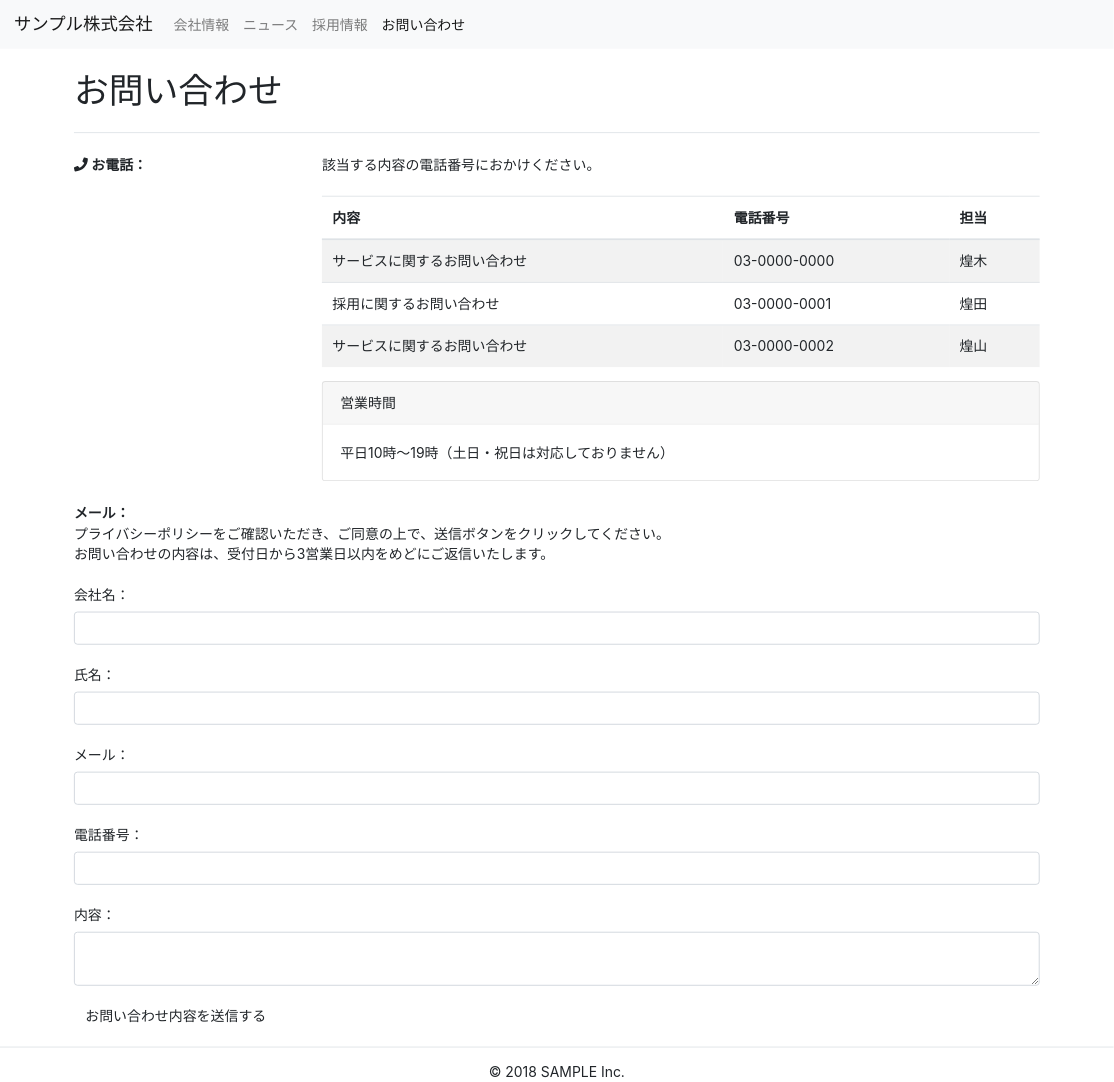
Repository: yoony212/frontend
Page: contact.html
The author's editor kept a record of every edit. The page is drawn from the files as they stood at one moment, then again after the next edit.
The browser window is 1280 px wide. The pictures show the whole page, at 87% of full size.

Above is the page before.

### contact.html
<!DOCTYPE html>
<html lang="ja">

<head>
    <meta charset="utf-8">
    <meta name="viewport" content="width=device-width, initial-scale=1, shrink-to-fit=no">

    <link rel="stylesheet" href="https://stackpath.bootstrapcdn.com/bootstrap/4.3.1/css/bootstrap.min.css">

    <title>お問い合わせ | サンプル株式会社</title>
</head>

<body>
    <header>
        <!-- 576px以上の画面幅のとき、メニューを表示する（それ未満なら折りたたむ）指定を追加 -->
        <nav class="navbar navbar-light navbar-expand-sm bg-light d-sm-flex">
        <!--画面左上に表示するサイト名のリンクとして適切な表示をするための指定を追加 -->
            <a href="#" class="navbar-brand">サンプル株式会社</a>

            <button type="button" class="navbar-toggler" data-toggle="collapse" data-target="#nav-bar">
                <span class="navbar-toggler-icon"></span>
            </button>

            <div class="collapse navbar-collapse " id="nav-bar">
                <ul class="navbar-nav">
                    <li class="nav-item"><a href="#" class="nav-link">会社情報</a></li>
                    <li class="nav-item"><a href="#" class="nav-link">ニュース</a></li>
                    <li class="nav-item"><a href="#" class="nav-link">採用情報</a></li>
                    <!-- お問い合わせページを表示していることをわかりやすくする設定を追加 -->
                    <li class="nav-item"><a href="#" class="nav-link active">お問い合わせ</a></li>
                </ul>
            </div>
        </nav>
    </header>
    <div class="container">
        <h1 class="mt-4 pb-4 border-bottom">お問い合わせ</h1>

        <!-- グリッドを使うための指定を追加 -->
        <div class="mt-4 row">
            <!-- 576px以上の画面幅のとき、左側は3つ分のカラム幅で表示する指定を追加 -->
            <div class="col-sm-3">
                <!-- 電話に関するFont Awesomeのアイコンを追加 -->
                <i class="fas fa-phone mr-1"></i><strong>お電話：</strong>
            </div>

            <!-- 576px以上の画面幅のとき、右側は9つ分のカラム幅で表示する指定を追加 -->
            <div class="col-sm-9">
                <p>該当する内容の電話番号におかけください。</p>
                <!-- テーブルの装飾を適用する指定を追加 -->
                <!-- さらにテーブルへ枠を追加する指定、行ごとの背景色が交互に変わる指定を追加 -->
                <table class="mt-4 table table-striped">
                    <thead>
                        <tr>
                            <th>内容</th>
                            <th>電話番号</th>
                            <th>担当</th>
                        </tr>
                    </thead>
                    <tbody>
                        <tr>
                            <td>サービスに関するお問い合わせ</td>
                            <td>03-0000-0000</td>
                            <td>煌木</td>
                        </tr>
                        <tr>
                            <td>採用に関するお問い合わせ</td>
                            <td>03-0000-0001</td>
                            <td>煌田</td>
                        </tr>
                        <tr>
                            <td>サービスに関するお問い合わせ</td>
                            <td>03-0000-0002</td>
                            <td>煌山</td>
                        </tr>
                    </tbody>
                </table>

                <!-- カードの装飾を適用 -->
                <div class="card">
                    <!-- カードのタイトル部分として設定 -->
                    <div class="card-header">
                        <!-- 時間に関するFont Awesomeのアイコンを追加 -->
                        <i class="fa-solid fa-circle-info"></i>営業時間
                    </div>

                    <!-- カードの本文部分として設定 -->
                    <div class="card-body">
                        平日10時〜19時（土日・祝日は対応しておりません）
                    </div>
                </div>
            </div>
        </div>

        <!-- グリッドを使うための指定を追加 -->
        <div class="mt-4">
            <!-- 576px以上の画面幅のとき、左側は3つ分のカラム幅で表示する指定を追加 -->
            <div class="">
                <!-- メールに関するFont Awesomeのアイコンを追加 -->
                <i class=""></i> <strong>メール：</strong>
            </div>

            <!-- 576px以上の画面幅のとき、右側は9つ分のカラム幅で表示する指定を追加 -->
            <div class="">
                <p>
                    プライバシーポリシーをご確認いただき、ご同意の上で、送信ボタンをクリックしてください。<br />
                    お問い合わせの内容は、受付日から3営業日以内をめどにご返信いたします。
                </p>
                <form action="complete.html">
                    <!-- ラベルとフォーム部品を並べるためにグリッドを使う指定を追加 -->
                    <div class="form-group">
                        <!-- 576px以上の画面幅のとき、ラベルは3つ分のカラム幅で表示する指定を追加 -->
                        <label class="col-form-label">会社名：</label>

                        <!-- 576px以上の画面幅のとき、フォーム部品は9つ分のカラム幅で表示する指定を追加 -->
                        <div class="">
                            <input type="text" class="form-control" name="company">
                        </div>
                    </div>

                    <!-- ラベルとフォーム部品を並べるためにグリッドを使う指定を追加 -->
                    <div class="form-group">
                        <!-- 576px以上の画面幅のとき、ラベルは3つ分のカラム幅で表示する指定を追加 -->
                        <label class="col-form-label">氏名：</label>

                        <!-- 576px以上の画面幅のとき、フォーム部品は9つ分のカラム幅で表示する指定を追加 -->
                        <div class="">
                            <input type="text" class="form-control" name="name">
                        </div>
                    </div>

                    <!-- ラベルとフォーム部品を並べるためにグリッドを使う指定を追加 -->
                    <div class="form-group">
                        <!-- 576px以上の画面幅のとき、ラベルは3つ分のカラム幅で表示する指定を追加 -->
                        <label class="col-form-label">メール：</label>

                        <!-- 576px以上の画面幅のとき、フォーム部品は9つ分のカラム幅で表示する指定を追加 -->
                        <div class="">
                            <input type="text" class="form-control" name="mail">
                        </div>
                    </div>

                    <!-- ラベルとフォーム部品を並べるためにグリッドを使う指定を追加 -->
                    <div class="form-group">
                        <!-- 576px以上の画面幅のとき、ラベルは3つ分のカラム幅で表示する指定を追加 -->
                        <label class="col-form-label">電話番号：</label>

                        <!-- 576px以上の画面幅のとき、フォーム部品は9つ分のカラム幅で表示する指定を追加 -->
                        <div class="">
                            <input type="text" class="form-control" name="tel">
                        </div>
                    </div>

                    <!-- ラベルとフォーム部品を並べるためにグリッドを使う指定を追加 -->
                    <div class="form-group">
                        <!-- 576px以上の画面幅のとき、ラベルは3つ分のカラム幅で表示する指定を追加 -->
                        <label class="col-form-label">内容：</label>

                        <!-- 576px以上の画面幅のとき、フォーム部品は9つ分のカラム幅で表示する指定を追加 -->
                        <div class="">
                            <textarea class="form-control" name="content"></textarea>
                        </div>
                    </div>

                    <!-- ラベルとフォーム部品を並べるためにグリッドを使う指定を追加 -->
                    <div class="form-group">
                        <!-- 576px以上の画面幅のとき、3つ分のカラム幅の隙間を表示する設定を追加 -->
                        <!-- さらに、576px以上の画面幅のとき、9つ分のカラム幅で送信ボタンの表示部分の設定を追加 -->
                        <div class="">
                            <!-- 送信ボタンを緑色にする設定を追加 -->
                            <!-- さらに、送信ボタンは、指定のカラム幅に対して100％の幅となる設定を追加 -->
                            <button type="submit" class="btn">お問い合わせ内容を送信する</button>
                        </div>
                    </div>
                </form>
            </div>
        </div>
    </div>
    <footer class="text-center pt-3 border-top">
        &copy; 2018 SAMPLE Inc.
    </footer>

    <script src="https://code.jquery.com/jquery-3.3.1.min.js"></script>
    <script src="https://cdnjs.cloudflare.com/ajax/libs/popper.js/1.14.6/umd/popper.min.js"></script>
    <script src="https://stackpath.bootstrapcdn.com/bootstrap/4.3.1/js/bootstrap.min.js"></script>
    <script defer src="https://use.fontawesome.com/releases/v5.7.2/js/all.js"></script>
</body>

</html>

After the next edit:
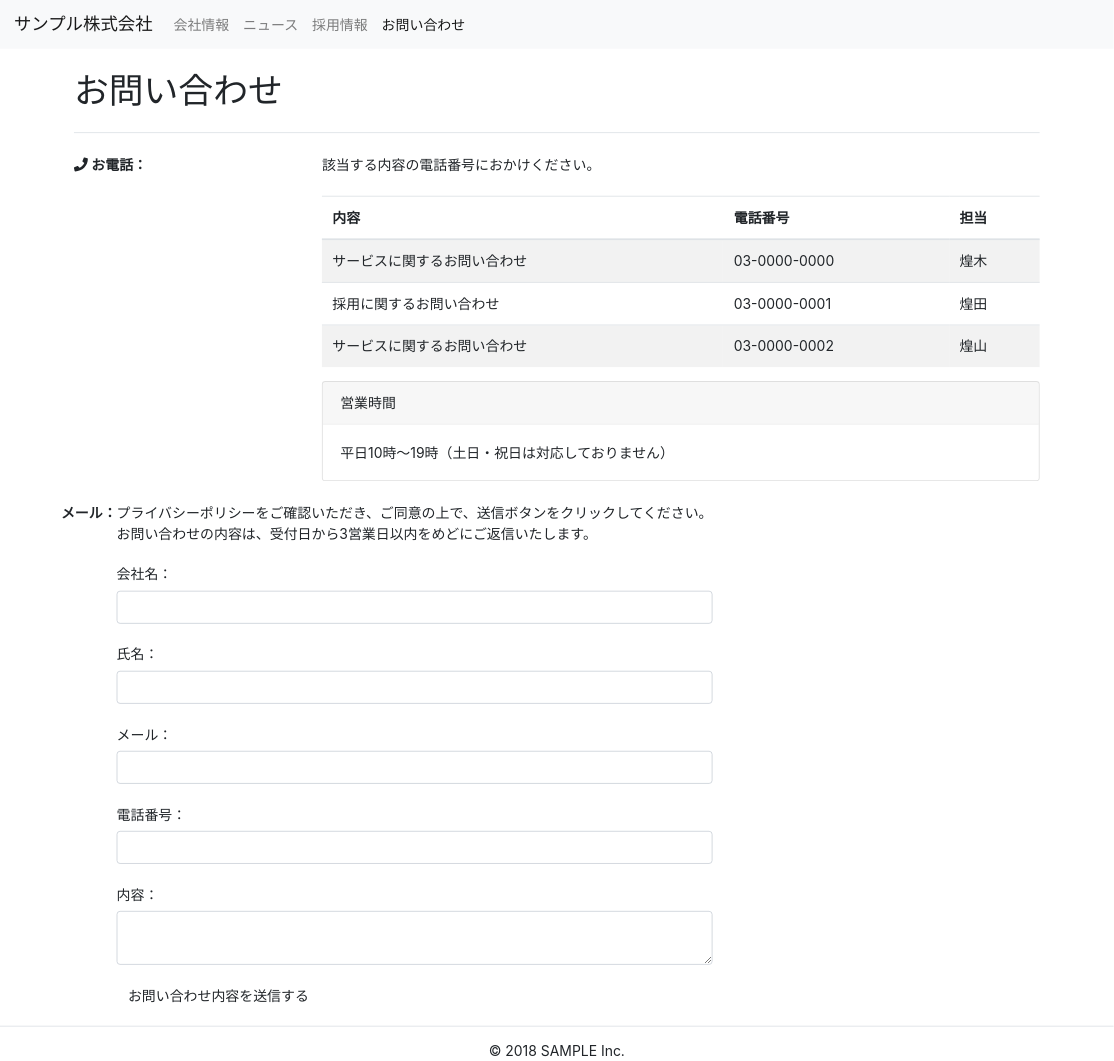
The edit:
--- a/contact.html
+++ b/contact.html
@@ -92,7 +92,7 @@
         </div>
 
         <!-- グリッドを使うための指定を追加 -->
-        <div class="mt-4">
+        <div class="mt-4 row">
             <!-- 576px以上の画面幅のとき、左側は3つ分のカラム幅で表示する指定を追加 -->
             <div class="">
                 <!-- メールに関するFont Awesomeのアイコンを追加 -->
